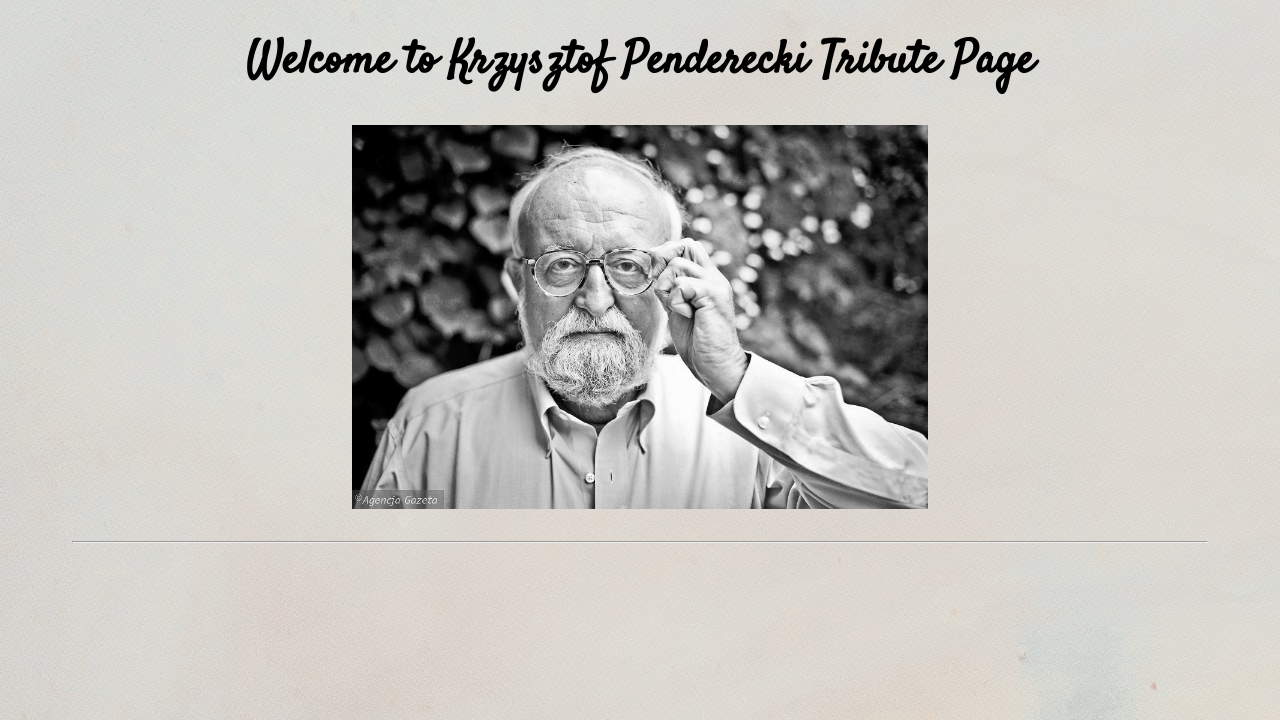
Repository: justynke/tribute_page
Page: index.html
An editor plug-in stored every save of this project. The page is shown before and after a run of saves, followed by the edit.
The browser window is 1280 px wide. The pictures show the whole page.

Above is the page before, as saved 2020-04-22 23:51:43.

After the next 2 saves:
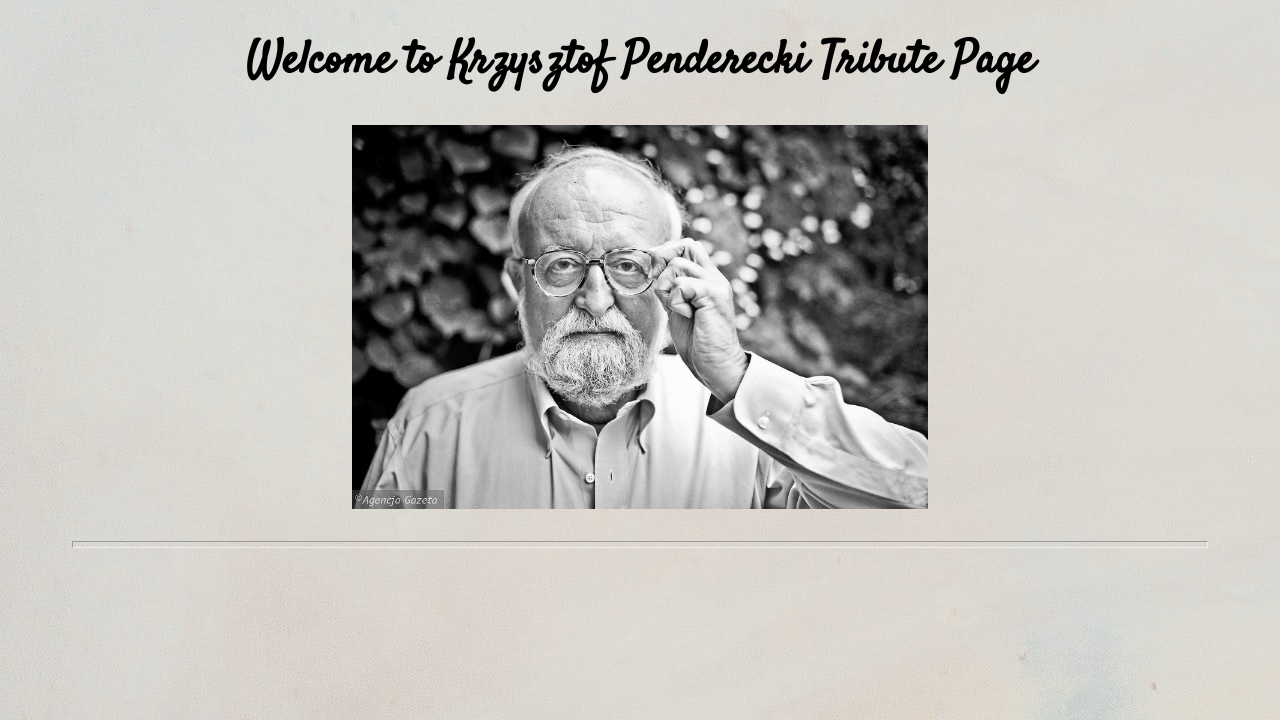
The 2 saves are shown as one change because they came seconds apart.
The last was saved 13 s later.
--- a/styles.css
+++ b/styles.css
@@ -34,4 +34,5 @@
     margin-bottom: 2em;
     margin-left: 4em;
     margin-right: 4em;
+    height: 0.3em;
 }
